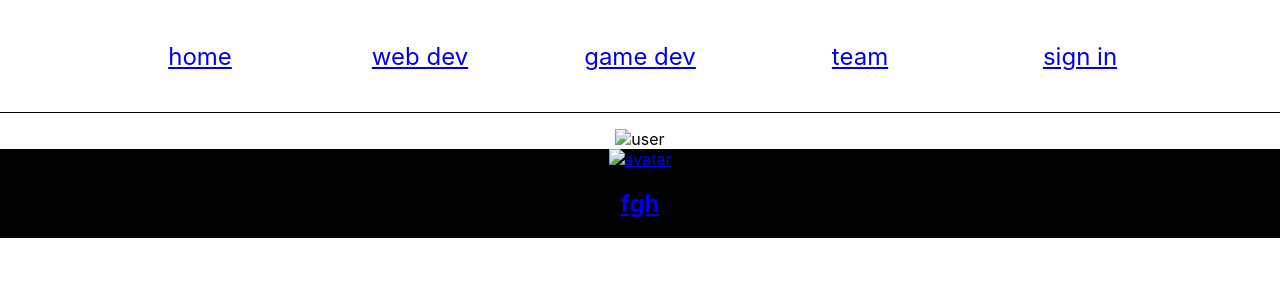
Repository: romAtam/5778
Page: /team/fgh
An editor plug-in stored every save of this project. The page is shown before and after the next save, followed by the edit.
The browser window is 1280 px wide. The pictures show the whole page.
The page's requests for data from a server got no answer. The project was rebuilt for these pictures with package versions that can differ from the ones it lists, and the page was loaded fresh each time. No one was signed in, and anything a server would have sent is missing. Also part of the build but not shown: src/Pages/Home.js, src/Pages/Game.js, src/Pages/Web.js, src/Pages/Signin.js.

Above is the page before, as saved 2021-12-11 16:32:44.

After the next save:
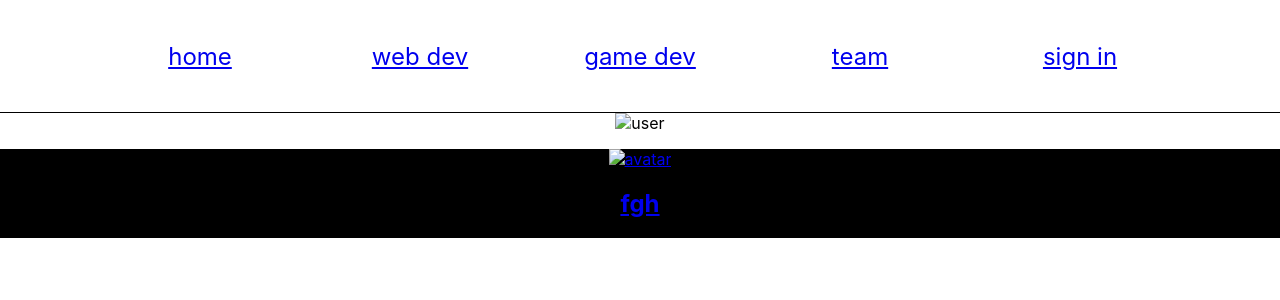
Saved 33 s later.
--- a/src/Pages/User.js
+++ b/src/Pages/User.js
@@ -19,12 +19,12 @@ const User = () => {
 
     return (
         <div>
-            <p>{user.name}</p>
-            <p>{user.location}</p>
-            <p>{user.blog}</p>
 
 <img width="300" src={user.avatar_url} alt="user" />
 
+               <p>{user.name}</p>
+            <p>{user.location}</p>
+            <p>{user.blog}</p>
 
 
         </div>
